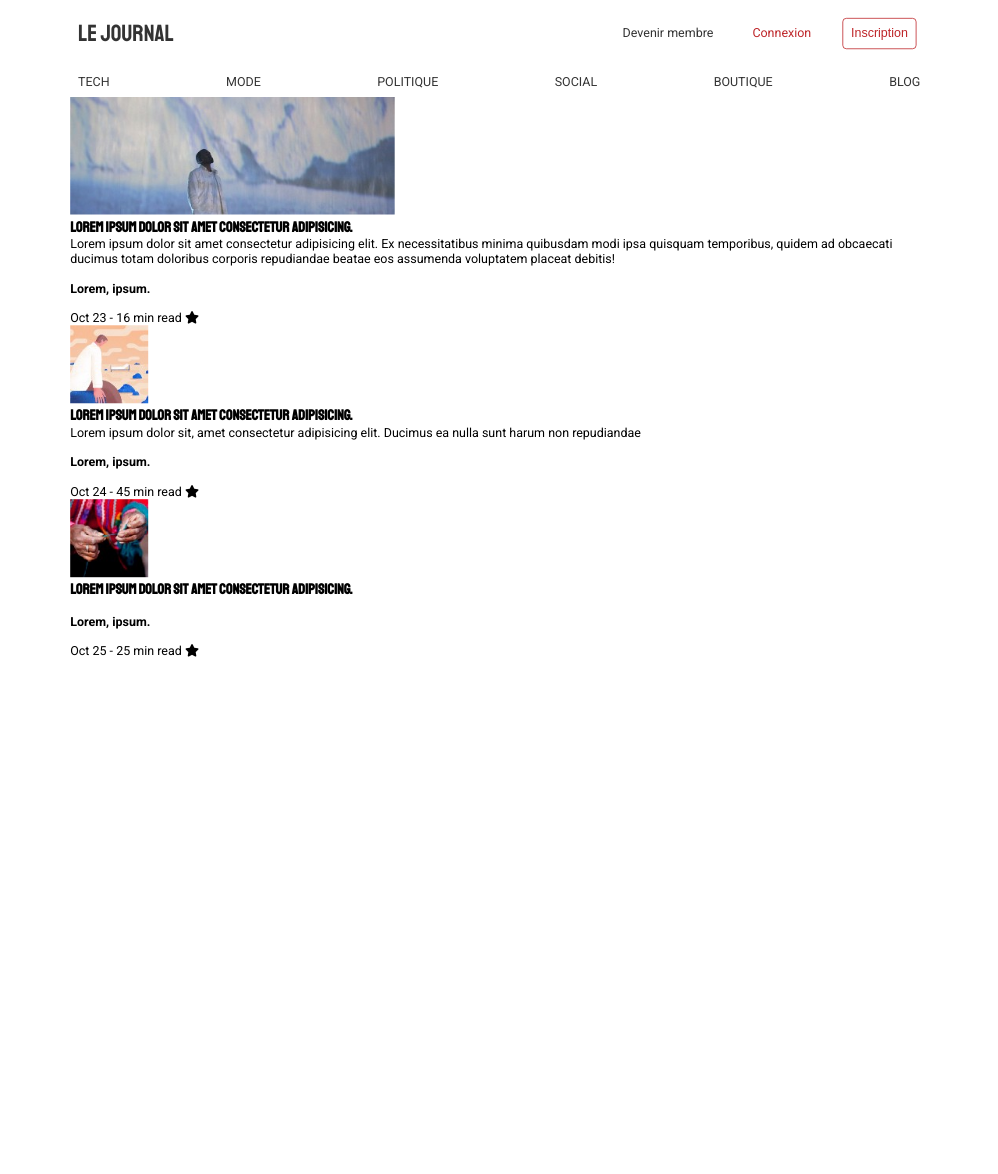
Repository: AmelYahyaoui/journal
Page: index.html
The author's editor kept a copy of each file at every save. The page is drawn from the files as they stood at one save, then again after the next save.
The browser window is 1280 px wide. The pictures show the whole page, at 78% of full size.
Some web libraries are served in a nearby version.

Above is the page before, as saved 2024-10-08 14:05:33.

### index.html
<!DOCTYPE html>
<html lang="en">
<head>
  <meta charset="UTF-8">
  <meta name="viewport" content="width=device-width, initial-scale=1.0">
  <link rel="stylesheet" href="./css/style.css">
  <!-- font awesome pour les icons -->
  <script src="https://kit.fontawesome.com/86cd9e8130.js" crossorigin="anonymous"></script>
  <link rel="stylesheet" media="only screen and (max-width:500px)"  href="./css/style.mobile.css">
  <!-- googl fonts(font family on deux:staatliches et roboto) -->
  <link href="https://fonts.googleapis.com/css2?family=Staatliches&display=swap" rel="stylesheet">
  <link href="https://fonts.googleapis.com/css2?family=Roboto:ital,wght@0,100;0,300;0,400;0,500;0,700;0,900;1,100;1,300;1,400;1,500;1,700;1,900&family=Staatliches&display=swap" rel="stylesheet">
  <title>Journal | Acceuil</title>
</head>
<body>
  <div class="container">
    <header>
      <a href="#" class="logo">le journal</a>
       <ul>
        <li><a href="">Devenir membre</a></li>
        <li><a class="text-primary" href="">Connexion</a></li>
        <li><button class="btn btn-light" href="">Inscription</></li>
       </ul>
      </header>

      <nav>
        <a href="#">TECH</a>
        <a href="#">MODE</a>
        <a href="#">POLITIQUE</a>
        <a href="#">SOCIAL</a>
        <a href="#">BOUTIQUE</a>
        <a href="#">BLOG</a>
      </nav>


   <section class="">
    <article class="partie1">
      <img src="img/img/bloc-1.jpeg" alt="">
      <h3>Lorem ipsum dolor sit amet consectetur adipisicing.</h3>
      <p>Lorem ipsum dolor sit amet consectetur adipisicing elit. Ex necessitatibus minima quibusdam modi ipsa quisquam temporibus, quidem ad obcaecati ducimus totam doloribus corporis repudiandae beatae eos assumenda voluptatem placeat debitis!</p>
      <br>
      <p><b>Lorem, ipsum.</b></p>
      <br>
      <p>
        Oct 23 - 16 min read
        <icon>
          <i class="fa-sharp fa-solid fa-star"></i>
        </icon>
      </p>
    </article>
     <article class="">
      <img src="img/img/bloc-2.jpeg" alt="">
      <h3>Lorem ipsum dolor sit amet consectetur adipisicing.</h3>
      <p>Lorem ipsum dolor sit, amet consectetur adipisicing elit. Ducimus ea nulla sunt harum non repudiandae</p>
      <br>
      <p><b>Lorem, ipsum.</b></p>
      <br>
      <p>
        Oct 24 - 45 min read
        <icon>
          <i class="fa-sharp fa-solid fa-star"></i>
        </icon>
      </p>
    </article>
    <article class="">
      <img src="img/img/bloc-3.jpeg" alt="">
      <h3>Lorem ipsum dolor sit amet consectetur adipisicing.</h3>
      <br>
      <p><b>Lorem, ipsum.</b></p>
      <br>
      <p>
        Oct 25 - 25 min read
        <icon>
          <i class="fa-sharp fa-solid fa-star"></i>
        </icon>
    </article>
    <!--<article class="">
      <img src="img/img/bloc-4.jpeg" alt="">
      <h3></h3>
      <p></p>
      <p></p>
      <p></p>
      <icons></icons>
    </article>
    <article class="">
      <img src="img/img/bloc-5.jpeg" alt="">
      <h3></h3>
      <p></p>
      <p></p>
      <p></p>
      <icons></icons>
    </article> -->
  </section>

  </div>
</body>
</html>

### css/style.css
/* & reset */
* {
  margin: 0;
  padding: 0;
  box-sizing: border-box;
}

/* ^ general  */
/* def pour color */
:root {
  --primary: #be2529;
  --dark: #333;
  --secondary: #0d0d0d;
  --gray: #ddd;
  --gray-light: #eee;
  --gray-hint: #555;

}

/* pour tout html */
:root {
  font-size: 62.5%;
}

body {
  font-family: "Roboto", sans-serif;
  font-size: 1.6rem;

}

h1,
h2,
h3,
h4,
h5,
h6 {
  font-family: "Staatliches", cursive;
}

a {
  font-size: 1.6rem;
  color: var(--dark);
  text-decoration: none;
}

ul {
  list-style: none;
}

/* ~ utility */
.container {
  display: block;
  margin: auto;
  max-width: 1100px;
  height: 1500px;
}

.text-primary {
  color: var(--primary);
}

/* hover simple */
.text-primary:hover {
  opacity: 0.8;
}

.btn {
  font-size: 1.6rem;
  padding: 1rem 1rem;
  border-radius: 0.5rem;
  cursor: pointer;
  border: 0px;
  -webkit-border-radius: 0.5rem;
  -moz-border-radius: 0.5rem;
  -ms-border-radius: 0.5rem;
  -o-border-radius: 0.5rem;
  transition: 0.2s;
  -webkit-transition: 0.2s;
  -moz-transition: 0.2s;
  -ms-transition: 0.2s;
  -o-transition: 0.2s;
}

.btn-light {
  background: white;
  border: 1px solid var(--primary);
  color: var(--primary);
}

.btn-light:hover {
  background: var(--primary);
  color: white
}


/* ~ Header */

header {
  display: grid;
  grid-template-columns: 1fr auto;
  place-items: center start;
  line-height: 3.5rem;
  margin: 0.5rem auto;
}

header .logo {
  font-size: 3rem;
  font-family: "Staatliches", cursive;
}

header a {
  display: block;
  padding: 1rem;
}

header ul {
  display: flex;
  align-items: center;
}

header ul li {
  padding: 1rem 1.5rem;
}

/* ^ Navbar */
nav{
  display: flex;
  padding: 1rem;
  justify-content:space-between;
  position: sticky;
  top:0;
  background:#FFFFFF;
}

Loaded but not shown: css/style.mobile.css (no stored copy; drawn as an empty file)

After the next save:
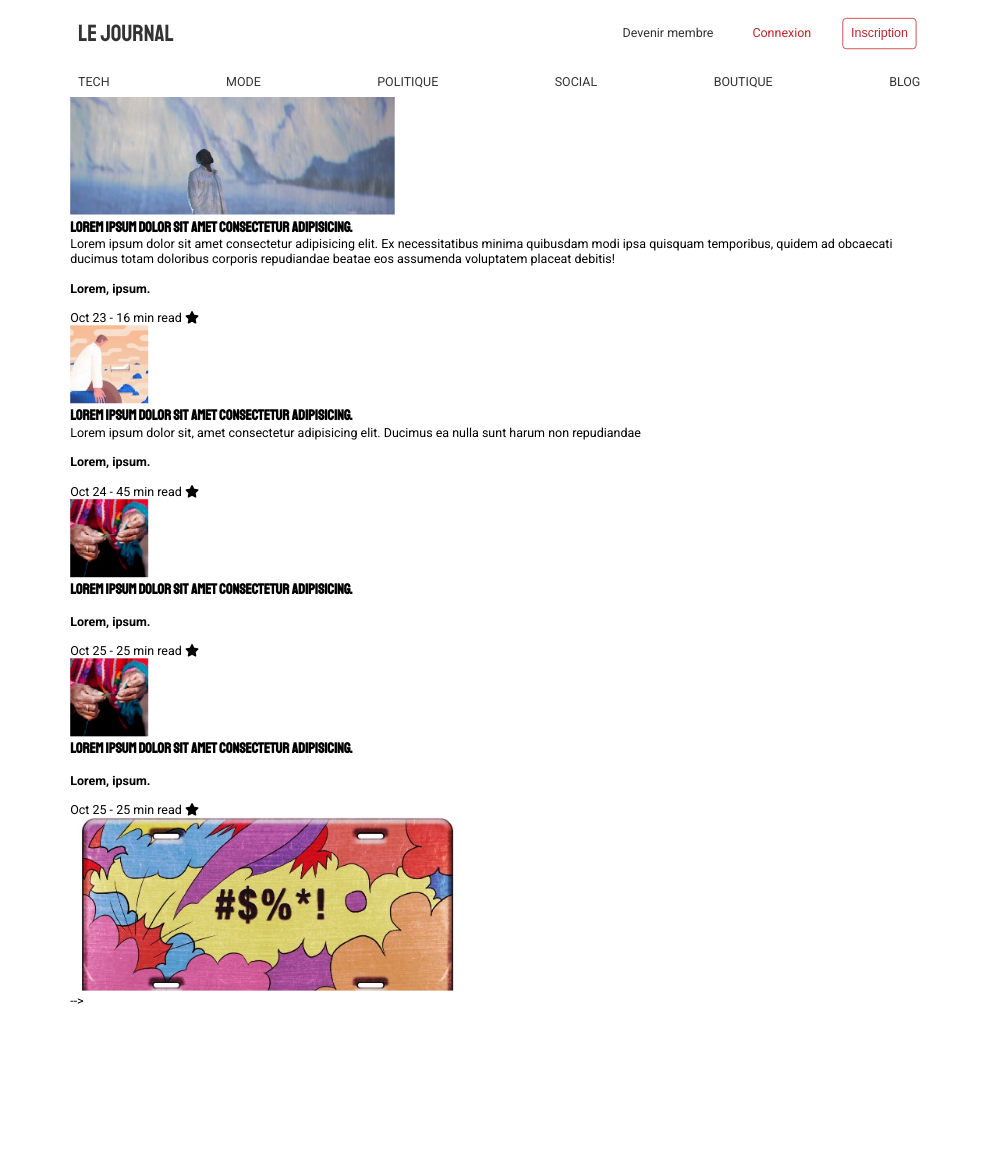
Saved 28 s later.
--- a/index.html
+++ b/index.html
@@ -74,13 +74,17 @@
           <i class="fa-sharp fa-solid fa-star"></i>
         </icon>
     </article>
-    <!--<article class="">
-      <img src="img/img/bloc-4.jpeg" alt="">
-      <h3></h3>
-      <p></p>
-      <p></p>
-      <p></p>
-      <icons></icons>
+    <article class="">
+      <img src="img/img/bloc-3.jpeg" alt="">
+      <h3>Lorem ipsum dolor sit amet consectetur adipisicing.</h3>
+      <br>
+      <p><b>Lorem, ipsum.</b></p>
+      <br>
+      <p>
+        Oct 25 - 25 min read
+        <icon>
+          <i class="fa-sharp fa-solid fa-star"></i>
+        </icon>
     </article>
     <article class="">
       <img src="img/img/bloc-5.jpeg" alt="">
